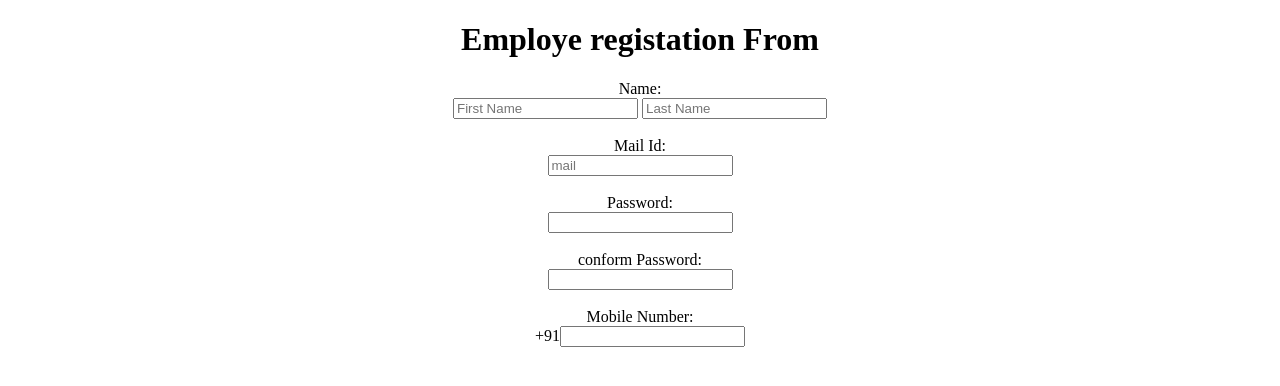
Repository: AbubakarShaik/Java_J2EE_Project
Page: http://localhost/com.testprojectServlet/Registration.jsp
The author's editor kept a copy of each file at every save. The page is drawn from the files as they stood at one save, then again after the next save.
The browser window is 1280 px wide. The pictures show the whole page.
The page is served by Tomcat 9. Other server files are loaded and not shown.

Above is the page before, as saved 2016-12-19 18:22:48.

### com.testprojectServlet/WebContent/Registration.jsp
<%@ page language="java" contentType="text/html; charset=ISO-8859-1"
    pageEncoding="ISO-8859-1"%>
<!DOCTYPE html PUBLIC "-//W3C//DTD HTML 4.01 Transitional//EN" "http://www.w3.org/TR/html4/loose.dtd">
<html>
<head>
<meta http-equiv="Content-Type" content="text/html; charset=ISO-8859-1">
<title>Insert title here</title>
</head>
<body> <style="background-color:powerblue;">

<center>

<h1>Employe registation From</h1>

Name:<br><input type="text" placeholder="First Name"> <input type="text" placeholder="Last Name">
<br>

<br>
Mail Id:<br>
<input type="text" name="Mail Id" placeholder="mail">
<br>

<br>
Password:<br>
<input type="text" name="Password">
<br>

<br>
conform Password:<br>
<input type="text" name="Password">
<br>

<br>
Mobile Number:<br>
+91<input type="text" name="Number" maxlength="10">

</center>
</style>
</body>
</html>

After the next save:
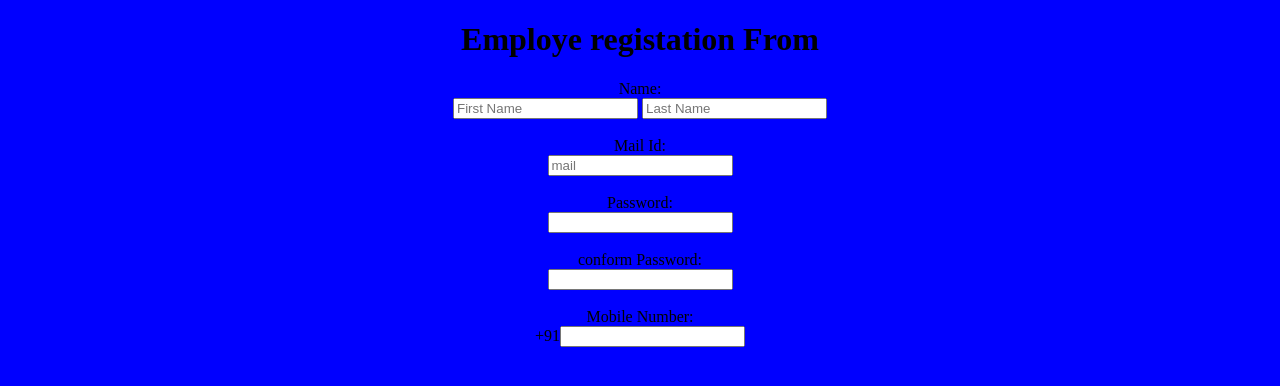
Saved 76 s later.
--- a/com.testprojectServlet/WebContent/Registration.jsp
+++ b/com.testprojectServlet/WebContent/Registration.jsp
@@ -6,7 +6,7 @@
 <meta http-equiv="Content-Type" content="text/html; charset=ISO-8859-1">
 <title>Insert title here</title>
 </head>
-<body> <style="background-color:powerblue;">
+<body bgcolor="blue">
 
 <center>
 
@@ -35,6 +35,6 @@ Mobile Number:<br>
 +91<input type="text" name="Number" maxlength="10">
 
 </center>
-</style>
+
 </body>
 </html>
